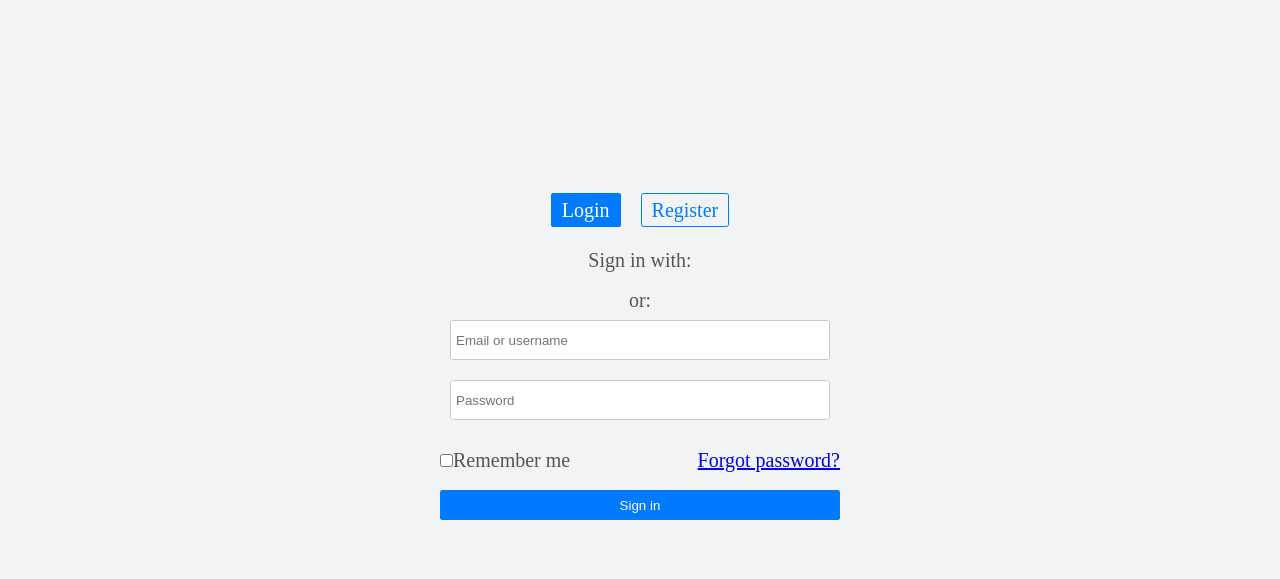
Repository: BitDanceLabels/Bumblebee_BDG
Page: /teacher-timetable
An editor plug-in stored every save of this project. The page is shown before and after the next save, followed by the edit.
The browser window is 1280 px wide. The pictures show the whole page.
The project was rebuilt for these pictures with package versions that can differ from the ones it lists, and the page was loaded fresh each time. Also part of the build but not shown: vite.config.js, src/components/General/Header.jsx, src/components/General/Navbar.jsx, src/components/Dashboard/ScheduleComponent.jsx, src/components/Management/Booking.jsx, src/components/modal/CreateStudentModal.jsx, src/components/Student/ListOfStudent.jsx, src/components/modal/CreateTeacherModal.jsx and 9 more. Imported but missing from the stored project, and not drawn on this page: src/components/modal/DeactiveStudentModal.

Above is the page before, as saved 2024-10-04 18:30:47.

### index.html
<!DOCTYPE html>
<html lang="en">
  <head>
    <meta charset="UTF-8" />
    <link rel="icon" type="image/svg+xml" href="/vite.svg" />
    <meta name="viewport" content="width=device-width, initial-scale=1.0" />
    <title>Power English CRM</title>
  </head>
  <body>
    <div id="root"></div>
    <script type="module" src="/src/main.jsx"></script>
  </body>
</html>

### src/main.jsx
import { StrictMode } from 'react'
import { createRoot } from 'react-dom/client'
import MainApp from './pages/MainApp.jsx'
import App from './App.jsx'
import './index.css'

createRoot(document.getElementById('root')).render(
  <StrictMode>
    <App />
  </StrictMode>
)

### src/App.jsx
import { useState } from 'react'
import styled from 'styled-components'

const Container = styled.div`
  display: flex;
  justify-content: center;
  align-items: center;
  flex-direction: column;
  min-height: 100vh;
  font-size: 20px;
`

const Nav = styled.ul`
  display: flex;
  justify-content: center;
  margin-bottom: 3rem;
  list-style: none;
  padding: 0;
`

const NavItem = styled.li`
  margin: 0 1rem;
`

const NavLink = styled.a`
  color: ${({ active }) => (active ? '#fff' : '#007bff')};
  background-color: ${({ active }) => (active ? '#007bff' : 'transparent')};
  border: 1px solid #007bff;
  padding: 0.5rem 1rem;
  cursor: pointer;
  text-decoration: none;
  border-radius: 0.25rem;
  transition: background-color 0.3s ease;

  &:hover {
    background-color: #0056b3;
    color: #fff;
  }
`

const TextCustom = styled.p`
  text-align: center;
`

const TabContent = styled.div`
  width: 100%;
  max-width: 400px;
`

const TabPane = styled.div`
  display: ${({ active }) => (active ? 'block' : 'none')};
`

const Form = styled.form`
  margin: 0 auto;
  display: flex;
  flex-direction: column;
`

const Input = styled.input`
  padding: 0.5rem;
  margin: 1rem;
  border: 1px solid #ccc;
  border-radius: 0.25rem;
  height: 40px;
`

const Button = styled.button`
  padding: 0.75rem;
  background-color: #007bff;
  color: white;
  border: none;
  border-radius: 0.25rem;
  cursor: pointer;

  &:hover {
    background-color: #0056b3;
  }
`

const SocialButton = styled.button`
  background: none;
  border: none;
  color: #007bff;
  margin: 0 0.5rem;
  cursor: pointer;

  &:hover {
    color: #0056b3;
  }
`

const Checkbox = styled.div`
  display: flex;
  justify-content: space-between;
  margin: 2rem 0;
`

const CheckboxLabel = styled.label`
  display: flex;
  align-items: center;
`

function App() {
  const [activeTab, setActiveTab] = useState('login')
  const [count, setCount] = useState(0)

  const handleTabSwitch = (tab) => {
    setActiveTab(tab)
  }

  return (
    <Container>
      {/* Pills navs */}
      <Nav>
        <NavItem>
          <NavLink
            active={activeTab === 'login'}
            onClick={() => handleTabSwitch('login')}
          >
            Login
          </NavLink>
        </NavItem>
        <NavItem>
          <NavLink
            active={activeTab === 'register'}
            onClick={() => handleTabSwitch('register')}
          >
            Register
          </NavLink>
        </NavItem>
      </Nav>

      {/* Pills content */}
      <TabContent>
        <TabPane active={activeTab === 'login'}>
          <Form>
            <div className="text-center mb-3">
              <TextCustom>Sign in with:</TextCustom>
              <SocialButton>
                <i className="fab fa-facebook-f"></i>
              </SocialButton>
              <SocialButton>
                <i className="fab fa-google"></i>
              </SocialButton>
              <SocialButton>
                <i className="fab fa-twitter"></i>
              </SocialButton>
              <SocialButton>
                <i className="fab fa-github"></i>
              </SocialButton>
            </div>
            <TextCustom>or:</TextCustom>

            <Input type="email" placeholder="Email or username" />
            <Input type="password" placeholder="Password" />

            <Checkbox>
              <CheckboxLabel>
                <input type="checkbox" />
                Remember me
              </CheckboxLabel>
              <a href="#!">Forgot password?</a>
            </Checkbox>

            <Button type="submit">Sign in</Button>
          </Form>
        </TabPane>

        <TabPane active={activeTab === 'register'}>
          <Form>
            <div className="text-center mb-3">
              <TextCustom>Sign up with:</TextCustom>
              <SocialButton>
                <i className="fab fa-facebook-f"></i>
              </SocialButton>
              <SocialButton>
                <i className="fab fa-google"></i>
              </SocialButton>
              <SocialButton>
                <i className="fab fa-twitter"></i>
              </SocialButton>
              <SocialButton>
                <i className="fab fa-github"></i>
              </SocialButton>
            </div>
            <TextCustom>or:</TextCustom>

            <Input type="text" placeholder="Name" />
            <Input type="text" placeholder="Username" />
            <Input type="email" placeholder="Email" />
            <Input type="password" placeholder="Password" />
            <Input type="password" placeholder="Repeat password" />

            <Checkbox>
              <CheckboxLabel>
                <input type="checkbox" />I have read and agree to the terms
              </CheckboxLabel>
            </Checkbox>

            <Button type="submit">Sign up</Button>
          </Form>
        </TabPane>
      </TabContent>
    </Container>
  )
}

export default App

### src/index.css
/*
--- 01 TYPOGRAPHY SYSTEM

- Font sizes (px)
10 / 12 / 14 / 16 / 18 / 20 / 24 / 30 / 36 / 44 / 52 / 62 / 74 / 86 / 98
h2: 3.6rem
h3: 2.4rem
p: 1.8rem

- Font weights
Default: 400
Medium: 500
Semi-bold: 600
Bold: 700

- Line heights
Default: 1
Small: 1.05
Medium: 1.2
Paragraph default: 1.6
Large: 1.8

- Letter spacing
-0.5px
0.75px


--- 05 SHADOWS

0 2.4rem 4.8rem rgba(0, 0, 0, 0.075);

--- 06 BORDER-RADIUS

Default: 9px
Medium: 11px

--- 07 WHITESPACE

- Spacing system (px)
2 / 4 / 8 / 12 / 16 / 24 / 32 / 48 / 64 / 80 / 96 / 128
*/

/* google font */
@import url('https://fonts.googleapis.com/css2?family=Rubik:wght@400;500;600;700&display=swap');
* {
  padding: 0;
  margin: 0;
  box-sizing: border-box;
}

html {
  /* font-size: 10px; */

  /* 10px / 16px = 0.625 = 62.5% */
  /* Percentage of user's browser font-size setting */
  font-size: 62.5%;
  overflow-x: hidden;

  /* Does NOT work on Safari */
  scroll-behavior: smooth;
}

body {
  font-family: 'Times New Roman', Times, serif;
  line-height: 1;
  font-weight: 400;
  color: #555;
  /* background-color: #f9f9f9; */
  background-color: #f1f3f5;

  /* Only works if there is nothing absolutely positioned in relation to body */
  overflow-x: hidden;
}

/**************************/
/* GENRAL REUSABLE COMPONENTS */
/**************************/

/* container */
.container {
  max-width: 1200px;
  margin: 0 auto;
  padding: 0 1.8rem;
}

@media screen and (min-width: 768px) {
  .container {
    padding: 0 3.4rem;
  }
}

@media screen and (min-width: 1400px) {
  .container {
    padding: 0 1rem;
  }
}

.grid {
  display: grid;
  column-gap: 6.4rem;
  row-gap: 9.6rem;

  /* margin-bottom: 9.6rem; */
}

.flex {
  display: flex;
  align-items: center;
}

/* .grid:last-child {
    margin-bottom: 0;
  } */

.grid:not(:last-child) {
  margin-bottom: 9.6rem;
}

.grid--2-cols {
  grid-template-columns: repeat(2, 1fr);
}

.grid--3-cols {
  grid-template-columns: repeat(3, 1fr);
}

.grid--4-cols {
  grid-template-columns: repeat(4, 1fr);
}

/* .grid--5-cols {
    grid-template-columns: repeat(5, 1fr);
  } */

.grid--center-v {
  align-items: center;
}

.white-space-large {
  margin-bottom: 12.8rem;
}

.white-space-medium {
  margin-bottom: 9.6rem;
}

.white-space-medium--top {
  margin-top: 9.6rem;
}

.white-space-small {
  margin-bottom: 6.4rem;
}

.white-space-small--top {
  margin-top: 6.4rem;
}

/* .heading-primary,
.heading-secondary,
.heading-tertiary {
  font-weight: 700;
  color: #333;
  letter-spacing: -0.5px;
}

.heading-primary {
  font-size: 5.2rem;
  line-height: 1.05;
  margin-bottom: 3.2rem;
}

.heading-secondary {
  font-size: 4.4rem;
  line-height: 1.2;
  margin-bottom: 9.6rem;
}

.heading-tertiary {
  font-size: 3rem;
  line-height: 1.2;
  margin-bottom: 3.2rem;
}

.subheading {
  display: block;
  font-size: 1.6rem;
  font-weight: 500;
  color: #1971c2;
  text-transform: uppercase;
  margin-bottom: 1.6rem;
  letter-spacing: 0.75px;
} */
/*
.btn,
.btn:link,
.btn:visited {
  display: inline-block;

  text-decoration: none;
  font-size: 2rem;
  font-weight: 600;
  padding: 1.6rem 3.2rem;
  border-radius: 9px;

  border: none;
  cursor: pointer;
  font-family: inherit;
  transition: all 0.3s;
}

.btn--full:link,
.btn--full:visited {
  background-color: #1971c2;
  color: #fff;
}

.btn--full:hover,
.btn--full:active {
  background-color: #1971c2;
}

.btn--outline:link,
.btn--outline:visited {
  background-color: #fff;
  color: #555;
}

.btn--outline:hover,
.btn--outline:active {
  background-color: #fdf2e9;
  box-shadow: inset 0 0 0 3px #fff;
}

.btn--form {
  background-color: #45260a;
  color: #fdf2e9;
  align-self: end;
  padding: 1.2rem;
}

.btn--form:hover {
  background-color: #fff;
  color: #555;
}
*/
/* .link:link,
.link:visited {
  display: inline-block;
  color: #1971c2;
  text-decoration: none;
  border-bottom: 1px solid currentColor;
  padding-bottom: 2px;
  transition: all 0.3s;
}

.link:hover,
.link:active {
  color: #1971c2;
  border-bottom: 1px solid transparent;
}

.list {
  list-style: none;
  display: flex;
  flex-direction: column;
  gap: 1.6rem;
}

.list-item {
  font-size: 1.8rem;
  display: flex;
  align-items: center;
  gap: 1.6rem;
  line-height: 1.2;
}

.list-icon {
  width: 3rem;
  height: 3rem;
  color: #1971c2;
} */

/**/
/* *:focus {
  outline: none;
  box-shadow: 0 0 0 0.3rem #1971c2;
} */

/* HELPER/SETTINGS CLASSES */
.margin-right-sm {
  margin-right: 1.6rem !important;
}

.margin-bottom-md {
  margin-bottom: 4.8rem !important;
}

.center-text {
  text-align: center;
}

strong {
  font-weight: 500;
}

After the next save:
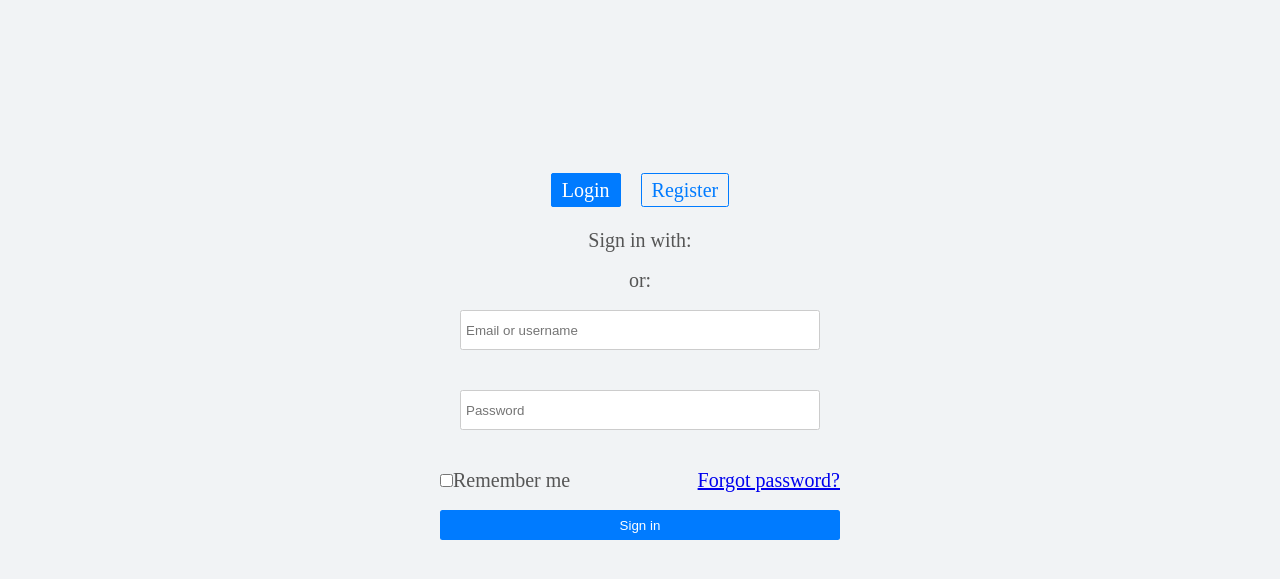
Saved 4 s later.
--- a/src/App.jsx
+++ b/src/App.jsx
@@ -59,7 +59,7 @@
 
 const Input = styled.input`
   padding: 0.5rem;
-  margin: 1rem;
+  margin: 2rem;
   border: 1px solid #ccc;
   border-radius: 0.25rem;
   height: 40px;

After the save that followed:
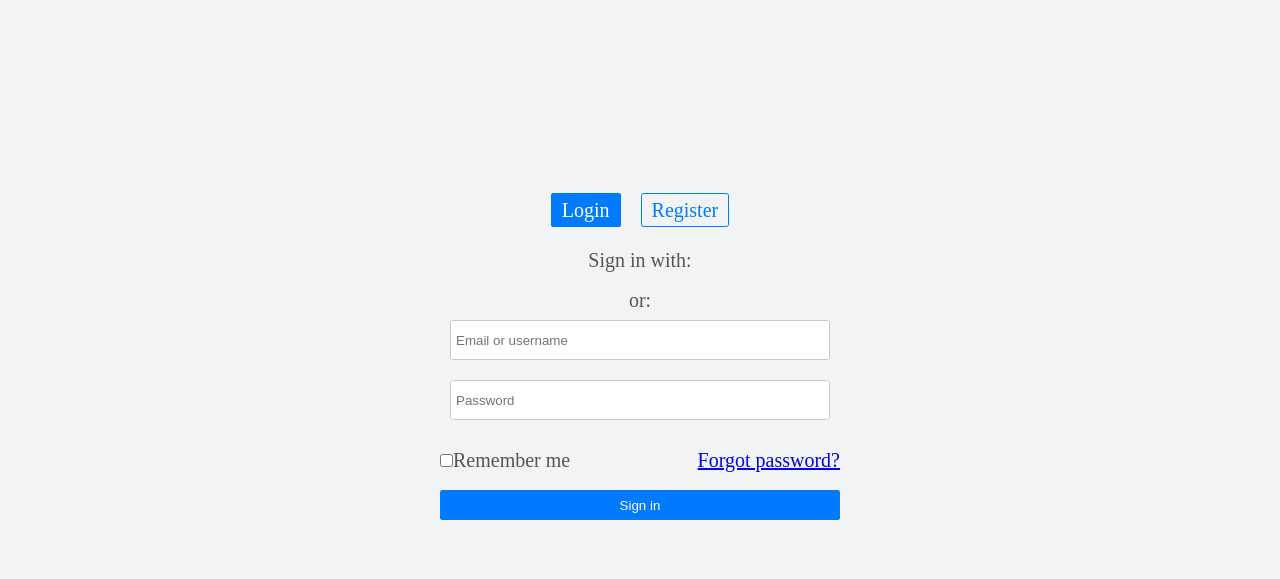
Saved 13 s later.
--- a/src/App.jsx
+++ b/src/App.jsx
@@ -59,7 +59,7 @@
 
 const Input = styled.input`
   padding: 0.5rem;
-  margin: 2rem;
+  margin: 1rem;
   border: 1px solid #ccc;
   border-radius: 0.25rem;
   height: 40px;
